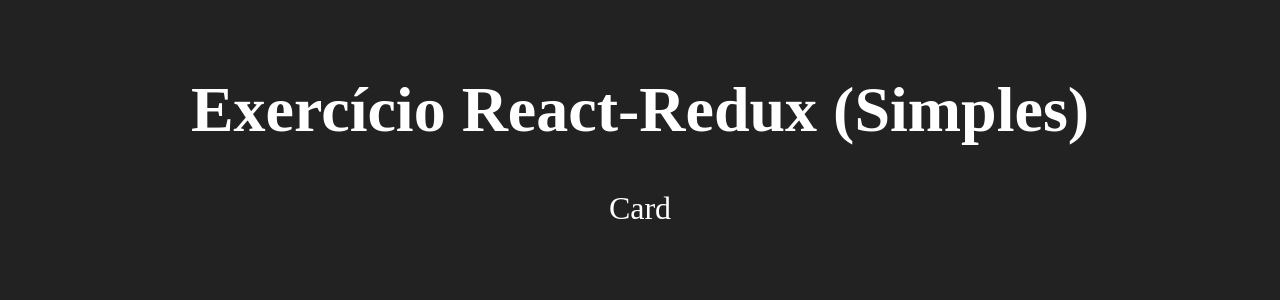
Repository: eversonps/redux-simples
Page: /
These files come from the project's save history. The page is drawn as it stood at one moment and after the next save; the edit follows.
The browser window is 1280 px wide. The pictures show the whole page.
The project was rebuilt for these pictures with package versions that can differ from the ones it lists, and the page was loaded fresh each time. Also part of the build but not shown: src/components/Card.css.

Above is the page before, as saved 2022-03-10 17:34:19.

### src/index.css
body{
  background-color: #222;
  font-size: 2rem;
  color: #fff;
  margin: 30px;
}

### src/App.js
import logo from './logo.svg';
import './App.css';
import Card from './components/Card';
function App() {
  return (
    <div className="App">
      <h1>Exercício React-Redux (Simples)</h1>
      <Card></Card>
    </div>
  );
}

export default App;

### src/App.css
.App{
  display: flex;
  flex-direction: column;
  align-items: center;
}

### src/components/Card.jsx
import "./Card.css"
import React from "react"

export default props => (
    <div>Card</div>
)

Loaded but not shown: public/index.html (common file); src/index.js (common file); src/reportWebVitals.js (common file)

After the next save:
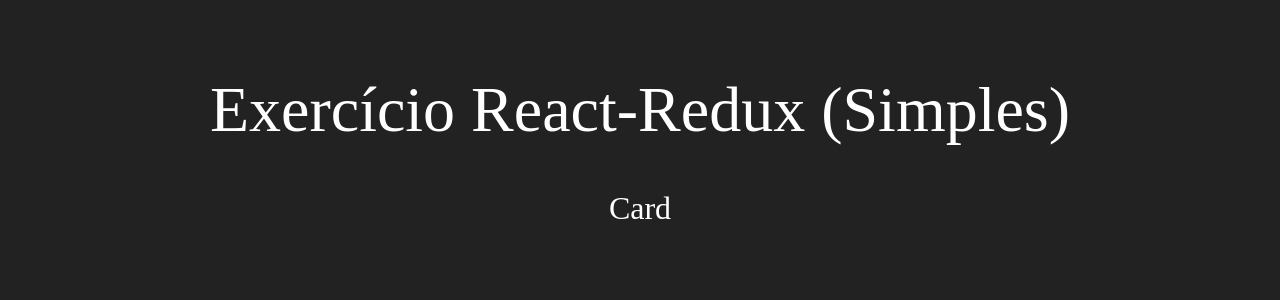
Saved 43 s later.
--- a/src/App.css
+++ b/src/App.css
@@ -3,3 +3,11 @@
   flex-direction: column;
   align-items: center;
 }
+
+h1{
+  font-weight: 200;
+}
+
+.linha{
+
+}
